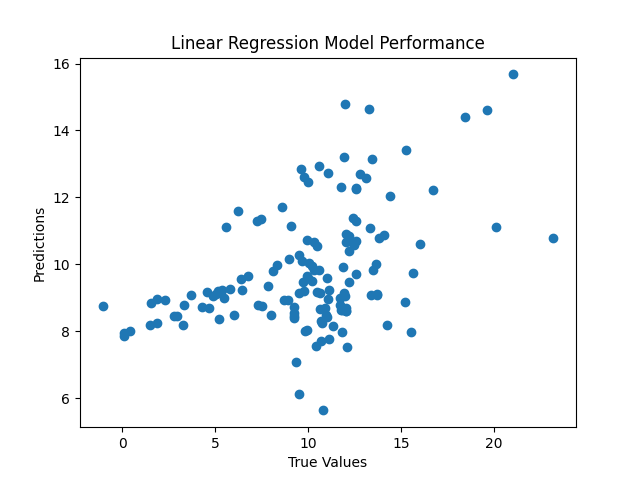
Repository: Grenzlinie/comp9501
Script's output: python regression.py
The author's editor kept a copy of each file at every save. The script's output is drawn from the files as they stood at one save, then again after the next save.
Random numbers start from a fixed seed. It also reads Data_Warehouse/data.xlsx.

Above is the script's output before, as saved 2023-11-12 23:21:24.

After the next save:
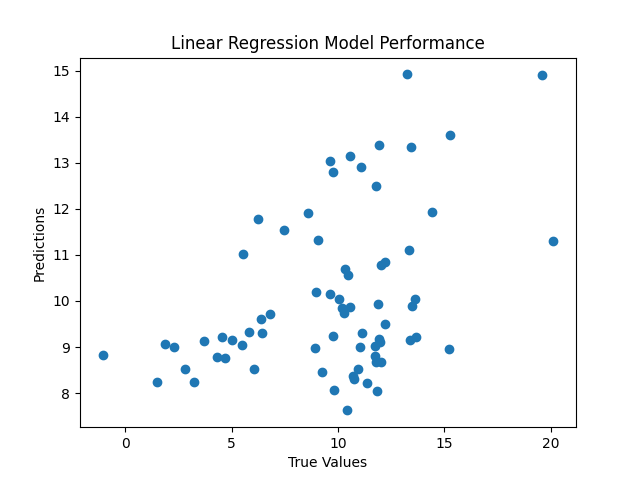
Saved 4 min 2 s later.
--- a/regression.py
+++ b/regression.py
@@ -9,7 +9,7 @@ X = data.iloc[:, 1:7]
 y = data.iloc[:, 7]
 
 # Split data
-X_train, X_test, y_train, y_test = train_test_split(X, y, test_size=0.2, random_state=42)
+X_train, X_test, y_train, y_test = train_test_split(X, y, test_size=0.1, random_state=42)
 
 # Create a model
 model = LinearRegression()
